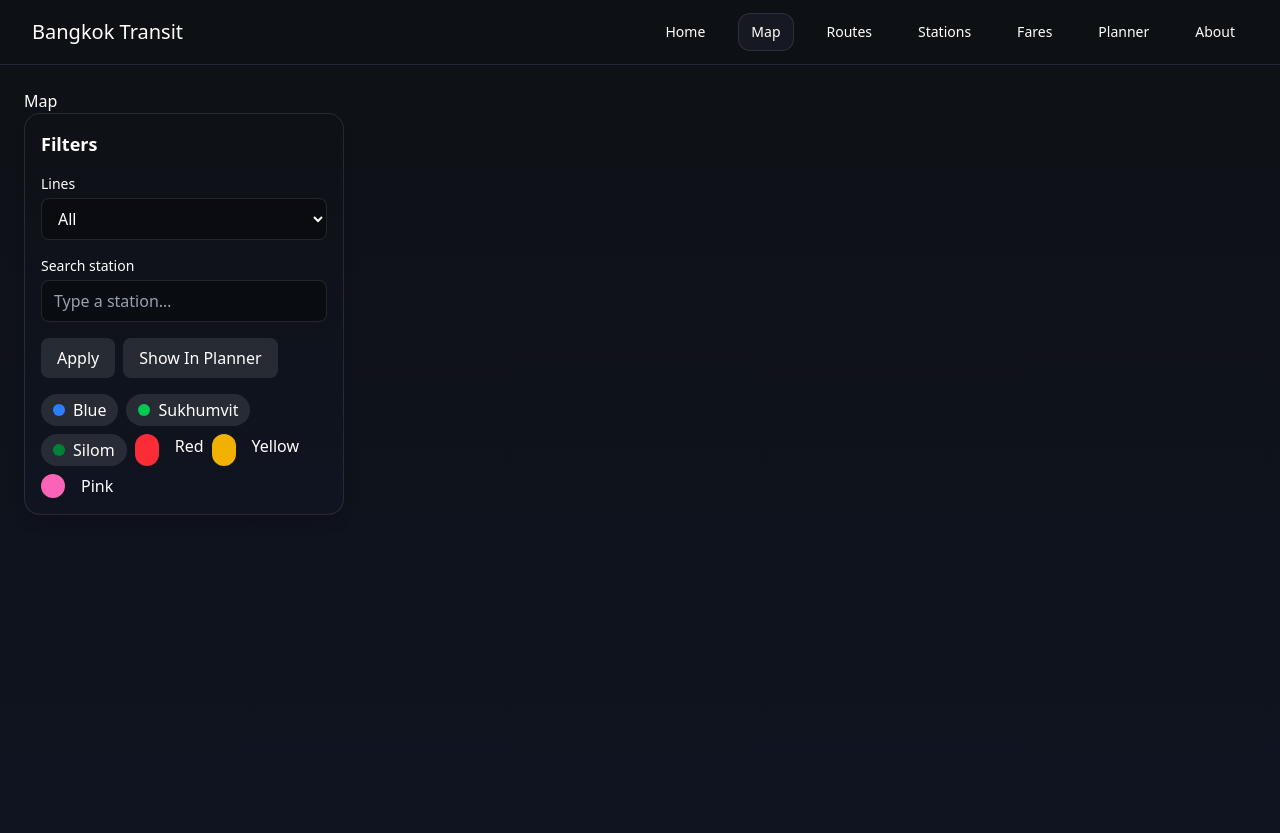
Repository: pyaestk/Bangkok-transit-map
Page: /map
An editor plug-in stored every save of this project. The page is shown before and after the next save, followed by the edit.
The browser window is 1280 px wide. The pictures show the whole page.
The project was rebuilt for these pictures with package versions that can differ from the ones it lists, and the page was loaded fresh each time. Also part of the build but not shown: vite.config.ts, src/pages/Home.tsx, src/pages/Planner.tsx, src/pages/Stations.tsx, src/pages/TrainRoutes.tsx, src/pages/Fares.tsx, src/pages/About.tsx.

Above is the page before, as saved 2025-10-04 09:53:51.

After the next save:
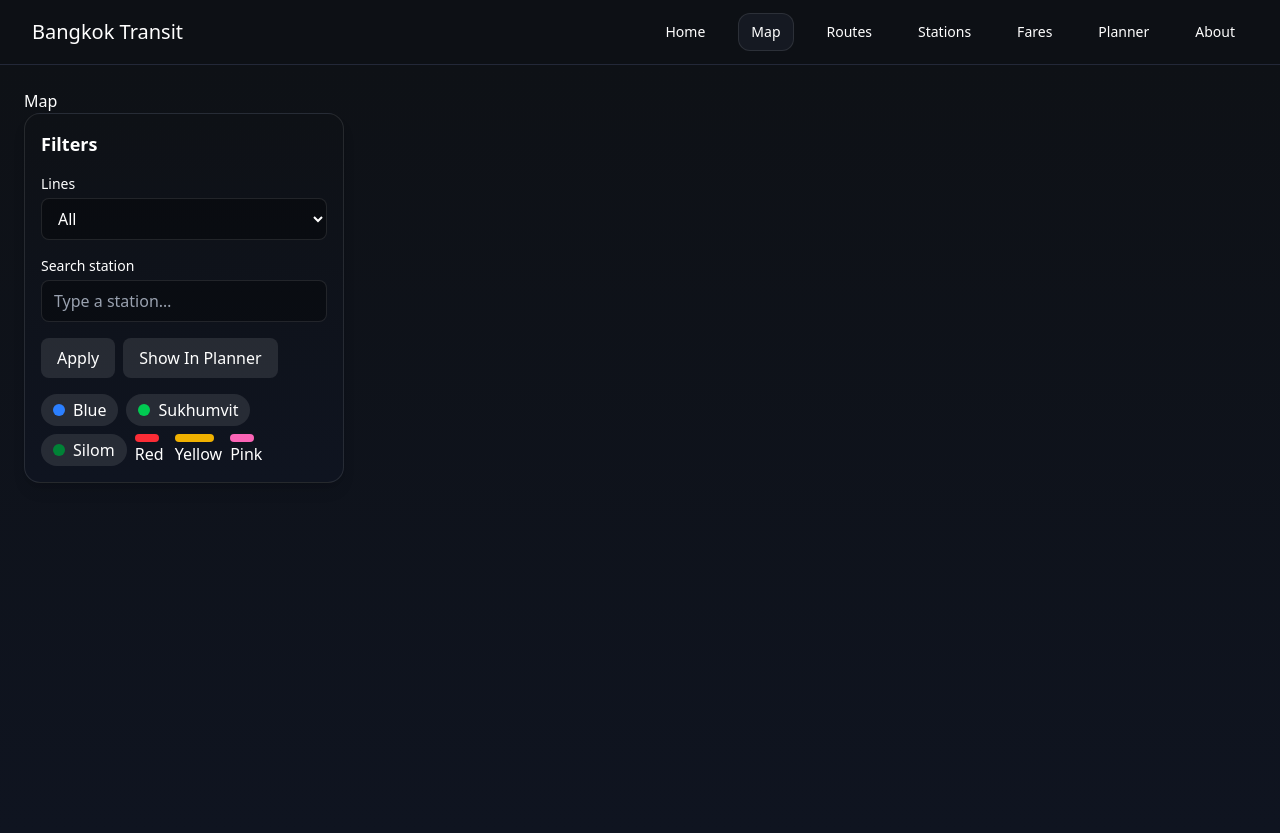
Saved 90 s later.
--- a/src/component/FiltersCard.tsx
+++ b/src/component/FiltersCard.tsx
@@ -29,17 +29,26 @@ export default function FiltersCard() {
       {/* Line Pills */}
       <div className="flex flex-wrap gap-2 mt-4">
         <span className="flex items-center px-3 py-1 rounded-full bg-white/10">
-          <span className="w-3 h-3 rounded-full bg-blue-500 mr-2"></span> Blue
+          <span className="w-3 h-3 rounded-full bg-blue-500 mr-2"></span>
+          Blue
         </span>
         <span className="flex items-center px-3 py-1 rounded-full bg-white/10">
-          <span className="w-3 h-3 rounded-full bg-green-500 mr-2"></span> Sukhumvit
+          <span className="w-3 h-3 rounded-full bg-green-500 mr-2"></span>
+          Sukhumvit
         </span>
         <span className="flex items-center px-3 py-1 rounded-full bg-white/10">
-          <span className="w-3 h-3 rounded-full bg-green-700 mr-2"></span> Silom
+          <span className="w-3 h-3 rounded-full bg-green-700 mr-2"></span>
+          Silom
         </span>
-        <span className="flex items-center px-3 py-1 rounded-full bg-red-500 mr-2"></span> Red
-        <span className="flex items-center px-3 py-1 rounded-full bg-yellow-500 mr-2"></span> Yellow
-        <span className="flex items-center px-3 py-1 rounded-full bg-pink-400 mr-2"></span> Pink
+        <span>
+            <span className="flex items-center px-3 py-1 rounded-full bg-red-500 mr-2"></span> Red
+        </span>
+        <span>
+            <span className="flex items-center px-3 py-1 rounded-full bg-yellow-500 mr-2"></span> Yellow
+        </span>
+        <span>
+            <span className="flex items-center px-3 py-1 rounded-full bg-pink-400 mr-2"></span> Pink
+        </span>
       </div>
     </div>
   )
